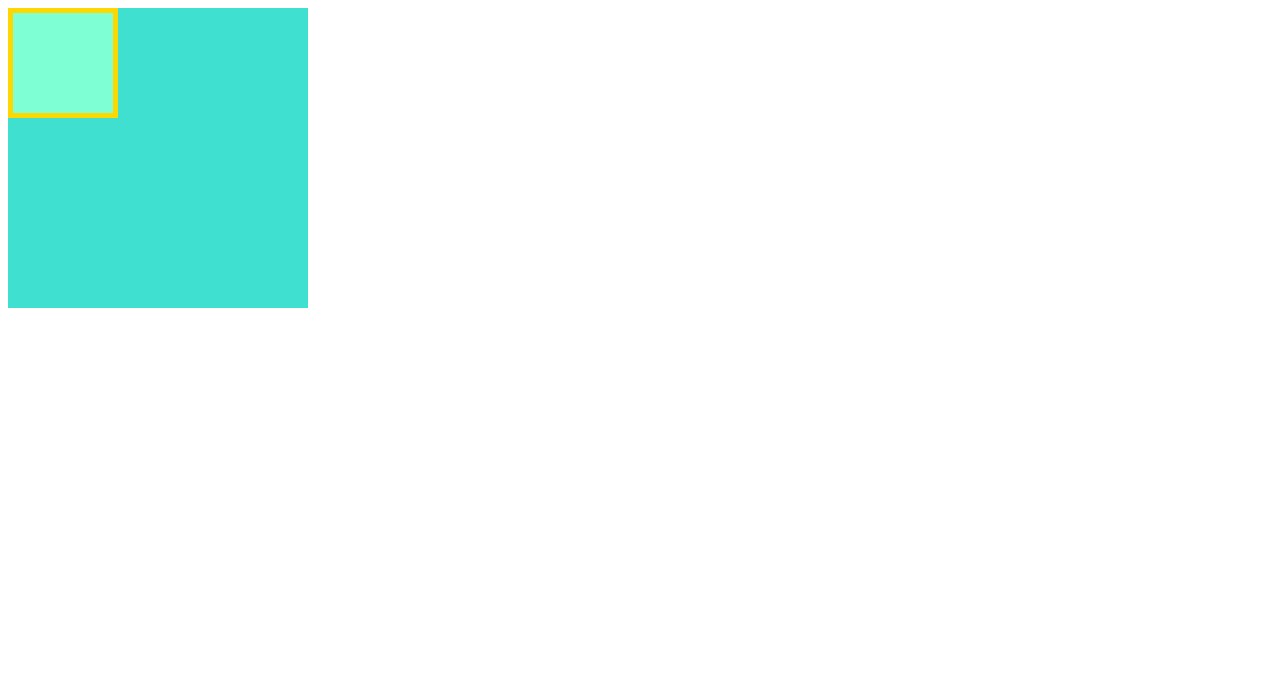
Repository: yuu2310/dmm-webcamp
Page: box/box.html
The author's editor kept a record of every edit. The page is drawn from the files as they stood at one moment, then again after the next edit.
The browser window is 1280 px wide. The pictures show the whole page.

Above is the page before.

### box/box.html
<!DOCTYPE html>
<html lang="ja">
  <head>
    <meta charset="UTF-8" />
    <!-- CSSファイルの読み込み -->
    <link rel="stylesheet" href="box.css" />
    <title>BOX</title>
  </head>

  <body>
    <div class="box1">
      <div class="box2"></div>
    </div>
  </body>
</html>

### box/box.css
.box1 {
  width: 300px;
  height: 300px;
  background-color: #40E0D0;
}

.box2 {
  width: 100px;
  height: 100px;
  background-color: #7FFFD4;
  border: 5px solid #FFD700;
}

After the next edit:
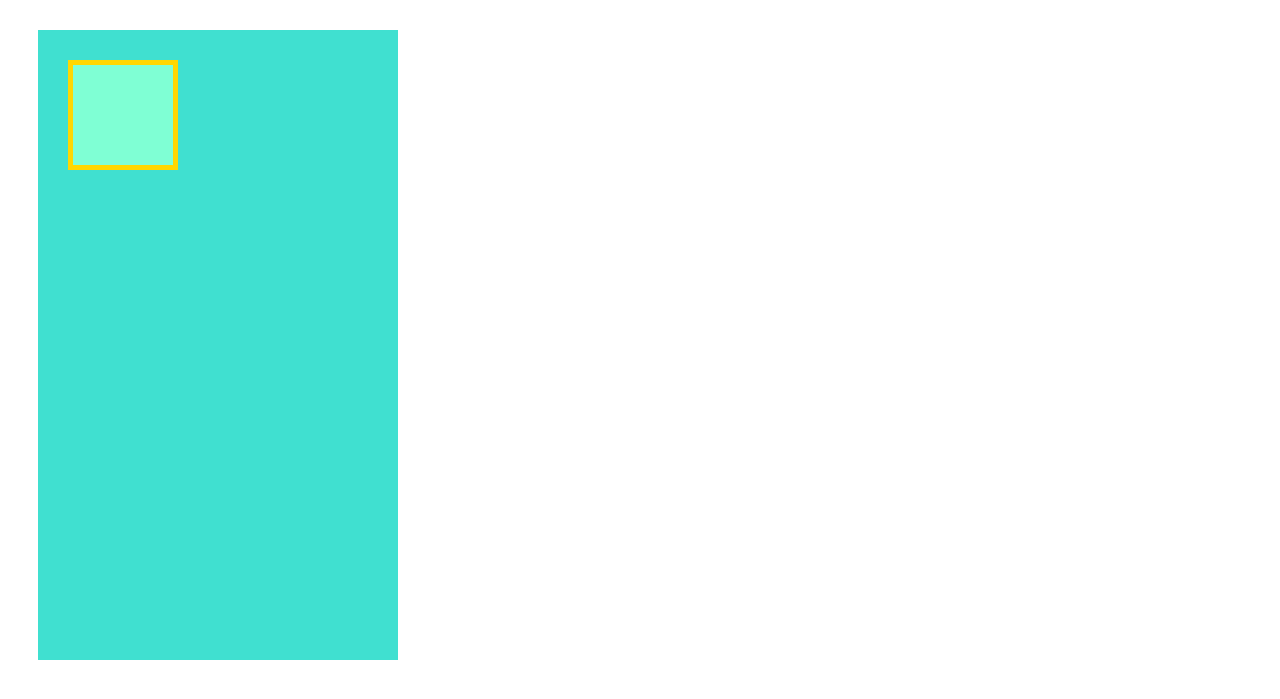
The edit:
--- a/box/box.css
+++ b/box/box.css
@@ -2,6 +2,9 @@
   width: 300px;
   height: 300px;
   background-color: #40E0D0;
+  margin: 30px;
+  padding: 30px;
+  padding-bottom: 300px;
 }
 
 .box2 {
